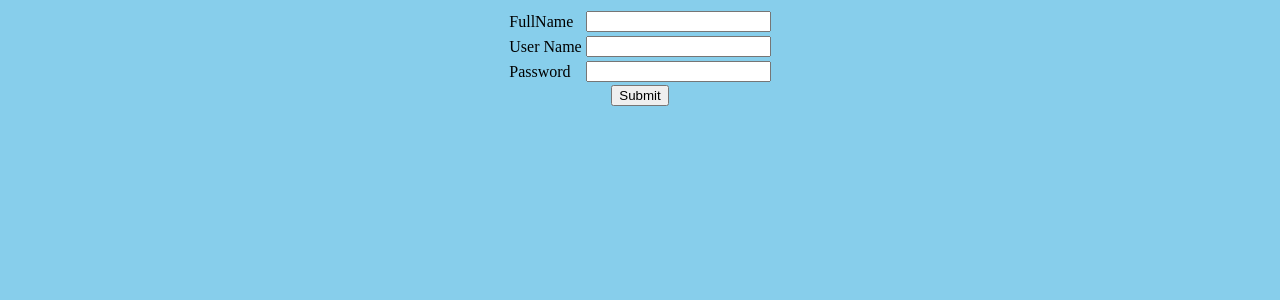
Repository: Thirumalaivasan01/eclipse-workspace
Page: http://localhost/assignment-calculator/register.jsp
The author's editor kept a copy of each file at every save. The page is drawn from the files as they stood at one save, then again after the next save.
The browser window is 1280 px wide. The pictures show the whole page.
The page is served by Tomcat 9. Other server files are loaded and not shown.

Above is the page before, as saved 2022-04-12 17:01:11.

### assignment-calculator/src/main/webapp/register.jsp
<%@ page language="java" contentType="text/html; charset=UTF-8"
	pageEncoding="UTF-8"%>
<!DOCTYPE html PUBLIC "-//W3C//DTD HTML 4.01 Transitional//EN" "http://www.w3.org/TR/html4/loose.dtd">
<html>
<head>
<meta http-equiv="Content-Type" content="text/html; charset=UTF-8">
<title>Insert title here</title>
</head>
<body bgcolor="skyblue">
	<center>
		<form action="Register" method="post">
			<table>
				<tr>
					<td>FullName</td>
					<td><input type="text" name="fullName" required></td>
				</tr>
				<tr>
					<td>User Name</td>
					<td><input type="text" name="userName" required></td>
				</tr>
				<tr>
					<td>Password</td>
					<td><input type="password" name="password" required></td>
				</tr>

			</table>
			<button type="button">Submit</button>
		</form>
	</center>
</body>
</html>

After the next save:
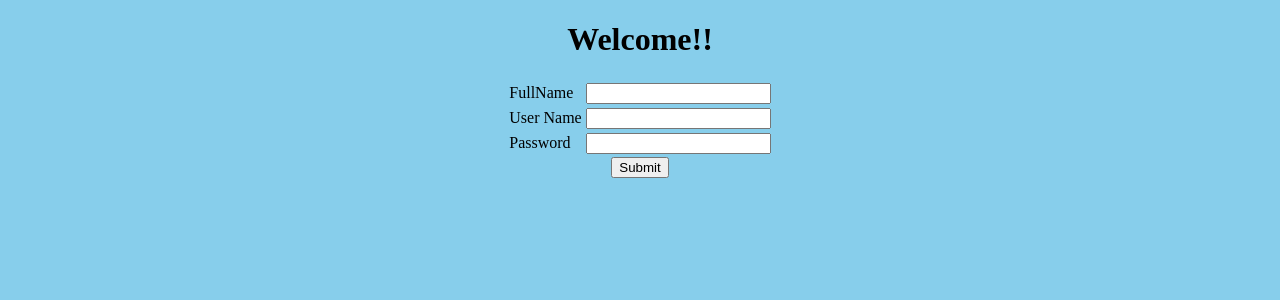
Saved 9 s later.
--- a/assignment-calculator/src/main/webapp/register.jsp
+++ b/assignment-calculator/src/main/webapp/register.jsp
@@ -8,6 +8,7 @@
 </head>
 <body bgcolor="skyblue">
 	<center>
+	<h1>Welcome!!</h1>
 		<form action="Register" method="post">
 			<table>
 				<tr>
